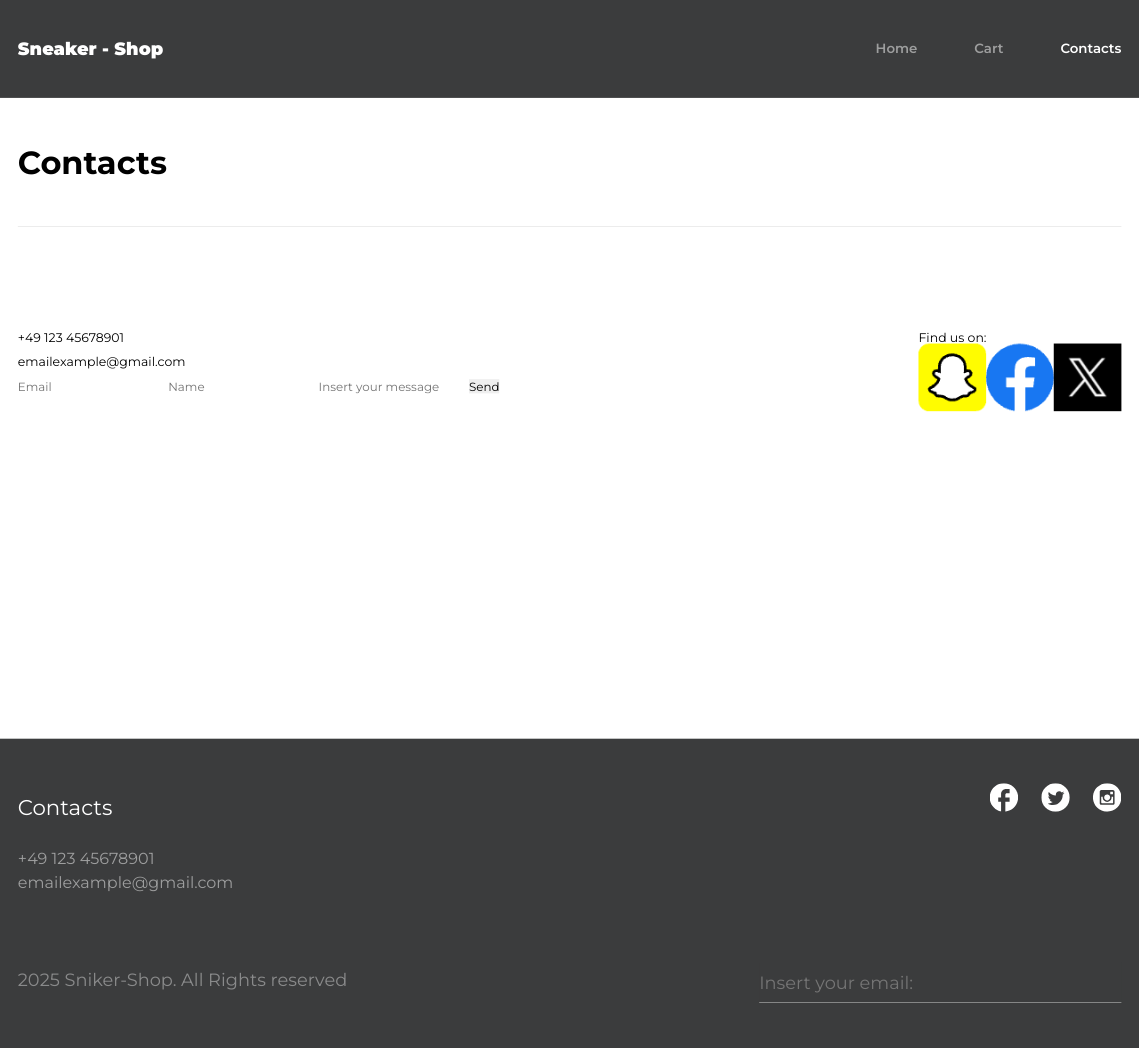
Repository: IstratiiNik/sneaker-shop
Page: /contacts
An editor plug-in stored every save of this project. The page is shown before and after the next save, followed by the edit.
The browser window is 1280 px wide. The pictures show the whole page, at 89% of full size.
The page's requests for data from a server got no answer. The project was rebuilt for these pictures with package versions that can differ from the ones it lists, and the page was loaded fresh each time. No one was signed in, and anything a server would have sent is missing. Also part of the build but not shown: vite.config.js, src/components/News/News.module.scss, src/components/News/News.jsx, src/components/ProductCard/ProductCard.module.scss, src/components/ProductCard/ProductCard.jsx, src/components/Main/Main.module.scss, src/components/Main/Main.jsx, src/components/CartCard/CartCard.module.scss and 3 more.

Above is the page before, as saved 2025-07-03 11:25:31.

### index.html
<!DOCTYPE html>
<html lang="en">
  <head>
    <meta charset="UTF-8" />
    <link rel="icon" type="image/svg+xml" href="/vite.svg" />
    <link rel="preconnect" href="https://fonts.googleapis.com" />
    <link rel="preconnect" href="https://fonts.gstatic.com" crossorigin />
    <link
      href="https://fonts.googleapis.com/css2?family=Montserrat:ital,wght@0,100..900;1,100..900&family=Red+Hat+Display:ital,wght@0,300..900;1,300..900&display=swap"
      rel="stylesheet"
    />
    <link rel="preconnect" href="https://fonts.googleapis.com" />
    <link rel="preconnect" href="https://fonts.gstatic.com" crossorigin />
    <link
      href="https://fonts.googleapis.com/css2?family=Inter:ital,opsz,wght@0,14..32,100..900;1,14..32,100..900&family=Montserrat:ital,wght@0,100..900;1,100..900&family=Red+Hat+Display:ital,wght@0,300..900;1,300..900&display=swap"
      rel="stylesheet"
    />
    <meta name="viewport" content="width=device-width, initial-scale=1.0" />
    <title>Sneaker Shop</title>
  </head>
  <body>
    <div id="root"></div>
    <script type="module" src="/src/main.jsx"></script>
  </body>
</html>

### src/App.jsx
import { BrowserRouter as Router, Routes, Route } from "react-router-dom";

import Header from "./components/Header/Header";
import Main from "./components/Main/Main";
import Cart from "./components/Cart/Cart";
import Contacts from "./components/Contacts/Contacts";
import Footer from "./components/Footer/Footer";
import "./App.css";
import { CartProvider } from "./context/CartContext";

function App() {
  return (
    <div className="wrapper">
      <CartProvider>
        <Header />
        <main>
          <Routes>
            <Route path="/" element={<Main />} />
            <Route path="/cart" element={<Cart />} />
            <Route path="/contacts" element={<Contacts />} />
          </Routes>
        </main>
        <Footer />
      </CartProvider>
    </div>
  );
}

export default App;

### src/components/Header/Header.jsx
import React from "react";
import { NavLink } from "react-router-dom";
import styles from "./Header.module.scss";

// Header with navigation links
const Header = () => {
  return (
    <header className={styles.header}>
      <div className={styles.container}>
        <h1>Sneaker - Shop</h1>
        <nav className={styles.nav}>
          <NavLink
            to="/"
            style={({ isActive }) => ({
              color: isActive ? "#FFFFFF" : "#FFFFFF80",
            })}
          >
            Home
          </NavLink>
          <NavLink
            to="/cart"
            style={({ isActive }) => ({
              color: isActive ? "#FFFFFF" : "#FFFFFF80",
            })}
          >
            Cart
          </NavLink>
          <NavLink
            to="/contacts"
            style={({ isActive }) => ({
              color: isActive ? "#FFFFFF" : "#FFFFFF80",
            })}
          >
            Contacts
          </NavLink>
        </nav>
      </div>
    </header>
  );
};

export default Header;

### src/components/Contacts/Contacts.jsx
import React from "react";
import SnapChat from "../../assets/contacts/SnapChat.png";
import Facebook from "../../assets/contacts/Facebook.png";
import X from "../../assets/contacts/X.png";
import styles from "./Contacts.module.scss";

const Contacts = () => {
  return (
    <section className={styles.contacts}>
      <h1>Contacts</h1>
      <div className={styles.contentContainer}>
        <div className={styles.contactForm}>
          <ul>
            <li>+49 123 45678901</li>
            <li>emailexample@gmail.com</li>
            <form action="#">
              <input type="email" placeholder="Email" required />
              <input type="text" placeholder="Name" required />
              <input
                type="textarea"
                placeholder="Insert your message"
                required
              />
              <button type="submit">Send</button>
            </form>
          </ul>
        </div>
        <div className={styles.links}>
          <p>Find us on:</p>
          <a href="https://www.snapchat.com">
            <img src={SnapChat} alt="Snapchat" />
          </a>
          <a href="https://www.facebook.com">
            <img src={Facebook} alt="Facebook" />
          </a>
          <a href="https://www.X.com">
            <img src={X} alt="X" />
          </a>
        </div>
      </div>
    </section>
  );
};

export default Contacts;

### src/components/Footer/Footer.jsx
import React from "react";
import styles from "./Footer.module.scss";
import facebookLogo from "../../assets/Facebook_logo.svg";
import twitterLogo from "../../assets/Twitter_logo.svg";
import instagramLogo from "../../assets/Instagram_logo.svg";

// Footer with contacts and social links
const Footer = () => {
  return (
    <footer className={styles.footer}>
      <div className={styles.container}>
        <div className={styles.footerLeft}>
          <h3>Contacts</h3>
          <div>
            <span>+49 123 45678901</span>
            <span>emailexample@gmail.com</span>
          </div>
          <p>2025 Sniker-Shop. All Rights reserved</p>
        </div>
        <div className={styles.footerRight}>
          <div>
            <a href="link.domain">
              <img src={facebookLogo} alt="facebook" />
            </a>
            <a href="link.domain">
              <img src={twitterLogo} alt="twitter" />
            </a>
            <a href="link.domain">
              <img src={instagramLogo} alt="instagram" />
            </a>
          </div>
          <input type="text" placeholder="Insert your email:" />
        </div>
      </div>
    </footer>
  );
};

export default Footer;

### src/App.css
@import "reset.css";

#root {
  font-family: Montserrat;
  margin: 0 auto;
  height: 100%;
}

.wrapper {
  min-height: 100vh;
  display: flex;
  flex-direction: column;
}
main {
  flex: 1;
}

### src/context/CartContext.jsx
import React, { createContext, useState, useContext, useEffect } from "react";
import axios from "axios";

// Create context for cart
const CartContext = createContext();

// Provider component for cart context
export const CartProvider = ({ children }) => {
  const [cartItems, setCartItems] = useState([]);

  // Fetch cart items from API on mount
  useEffect(() => {
    const fetchCartItems = async () => {
      try {
        const response = await axios.get(
          "https://6863d97e88359a373e969065.mockapi.io/cartData"
        );
        setCartItems(response.data);
      } catch (error) {
        console.error("Error when retrieving shopping cart data: ", error);
      }
    };
    fetchCartItems();
  }, []);

  // Add product to cart and update state
  const addToCart = async (product) => {
    try {
      const response = await axios.post(
        "https://6863d97e88359a373e969065.mockapi.io/cartData",
        product
      );
      setCartItems((prevItems) => [...prevItems, response.data]);
    } catch (error) {
      console.error("Error when adding cart data: ", error);
    }
  };

  // Delete product from cart and update state
  const deleteFromCart = async (product) => {
    try {
      await axios.delete(
        `https://6863d97e88359a373e969065.mockapi.io/cartData/${product.id}`
      );
      setCartItems((prevItems) =>
        prevItems.filter((item) => item.id !== product.id)
      );
    } catch (error) {
      console.error("Error when deleting an item from the cart: ", error);
    }
  };

  // Provide cart state and actions to children
  return (
    <CartContext.Provider value={{ cartItems, addToCart, deleteFromCart }}>
      {children}
    </CartContext.Provider>
  );
};

// Custom hook for using cart context
export const useCart = () => useContext(CartContext);

### src/components/Header/Header.module.scss
.header {
  background-color: rgb(59, 60, 61);
  height: 110px;
  width: 100%;
}
.container {
  max-width: 1460px;
  margin: 0 auto;
  height: 100%;
  display: flex;
  align-items: center;
  justify-content: space-between;
  padding: 0 20px;

  h1 {
    color: rgb(255, 255, 255);
    font-size: 20px;
    font-weight: 900;
    line-height: 24px;
  }
}

.nav {
  display: flex;
  gap: 64px;

  font-size: 15px;
  font-weight: 600;
  line-height: 18px;

  @media (max-width: 900px) {
    gap: 40px;
  }

  @media (max-width: 600px) {
    gap: 30px;
  }
}

### src/components/Contacts/Contacts.module.scss
.contacts {
  max-width: 1460px;
  min-height: 100vh;
  padding: 50px 20px;
  margin: 0 auto;

  h1 {
    font-size: 36px;
    font-weight: 700;
    line-height: 44px;
    margin-bottom: 117px;
    padding-bottom: 50px;
    border-bottom: 1px solid rgb(234, 234, 234);
  }
}

.contentContainer {
  display: flex;
  justify-content: space-between;
}

.contactForm {
  ul {
    display: flex;
    flex-direction: column;
    gap: 13px;

    li {
    }
  }
}
.links {
}

### src/components/Footer/Footer.module.scss
.footer {
  background-color: rgb(59, 60, 61);
  height: 347px;
  width: 100%;
}
.container {
  max-width: 1460px;
  margin: 0 auto;
  height: 100%;
  display: flex;
  align-items: center;
  justify-content: space-between;
  padding: 0 20px;
}

.footerLeft {
  h3 {
    color: rgb(255, 255, 255);
    font-size: 24px;
    line-height: 81%;
    margin-bottom: 40px;
  }

  div {
    display: flex;
    flex-direction: column;
    gap: 13px;

    margin-bottom: 93px;
    color: rgba(255, 255, 255, 0.5);
    font-size: 18px;
    font-weight: 400;
    line-height: 81%;
  }

  p {
    color: rgba(255, 255, 255, 0.5);
    font-size: 20px;
    line-height: 81%;
    opacity: 0.8;
  }
}

.footerRight {
  div {
    img {
      height: 32px;
      width: 32px;
    }
    display: flex;
    justify-content: end;
    gap: 26px;
    margin-bottom: 170px;
  }

  input {
    background-color: rgb(59, 60, 61);
    color: rgba(255, 255, 255, 0.5);
    font-size: 20px;
    font-weight: 400;
    line-height: 81%;
    padding: 10px 0;
    min-width: 407px;

    border-bottom: 1px solid rgba(255, 255, 255, 0.5);

    @media (max-width: 900px) {
      min-width: 0;
    }
  }
}

### src/reset.css
@charset "UTF-8";
/*Reset style*/
* {
  padding: 0;
  margin: 0;
  border: 0;
}

*,
*:before,
*:after {
  -webkit-box-sizing: border-box;
  box-sizing: border-box;
}

:focus,
:active {
  outline: none;
}

a:focus,
a:active {
  outline: none;
}

nav,
footer,
header,
aside {
  display: block;
}

html,
body {
  height: 100%;
  width: 100%;
  font-size: 100%;
  line-height: 1;
  font-size: 14px;
  -ms-text-size-adjust: 100%;
  -moz-text-size-adjust: 100%;
  -webkit-text-size-adjust: 100%;
}

input,
button,
textarea {
  font-family: inherit;
}

input::-ms-clear {
  display: none;
}

button {
  cursor: pointer;
}

button::-moz-focus-inner {
  padding: 0;
  border: 0;
}

a,
a:visited {
  text-decoration: none;
}

a:hover {
  text-decoration: underline;
}

ul li {
  list-style: none;
}

img {
  vertical-align: top;
}

h1,
h2,
h3,
h4,
h5,
h6 {
  font-size: inherit;
  font-weight: inherit;
}

/*--------------------*/

Loaded but not shown: src/main.jsx (common file)

After the next save:
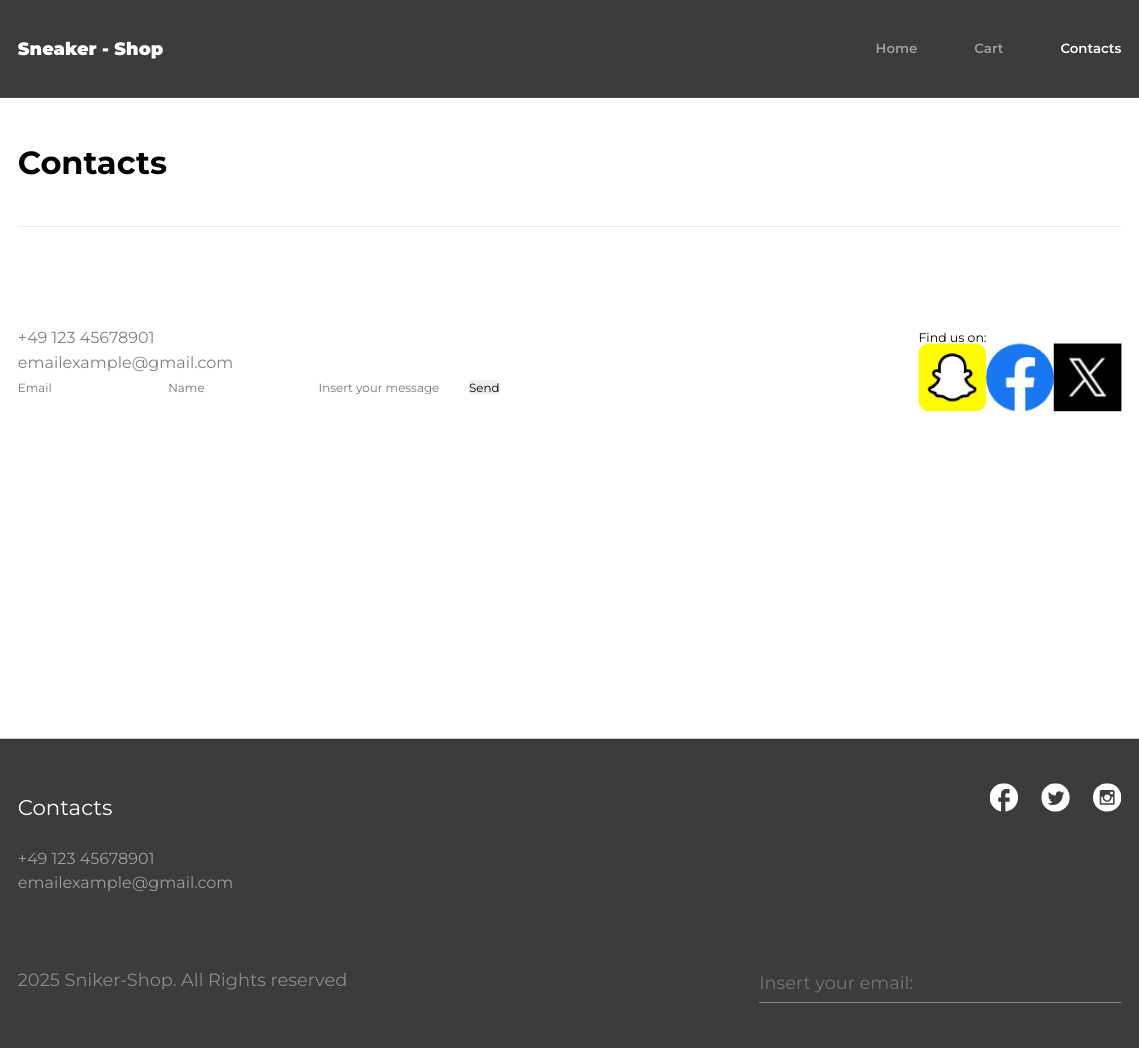
Saved 5 s later.
--- a/src/components/Contacts/Contacts.module.scss
+++ b/src/components/Contacts/Contacts.module.scss
@@ -26,6 +26,13 @@
     gap: 13px;
 
     li {
+      color: rgba(0, 0, 0, 0.5);
+      font-family: Montserrat;
+      font-size: 18px;
+      font-weight: 400;
+      line-height: 81%;
+      letter-spacing: 0%;
+      text-align: left;
     }
   }
 }
